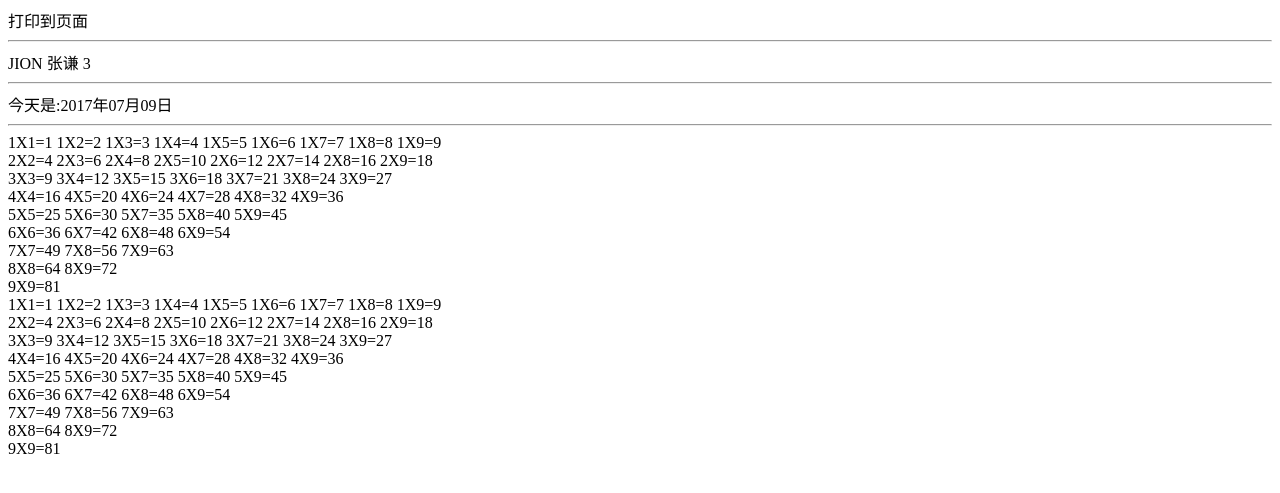
Repository: jionjion/JAVA_WorkSpace
Page: http://localhost/ServletClient/modules/jspBase/baseI.jsp
An editor plug-in stored every save of this project. The page is shown before and after the next save, followed by the edit.
The browser window is 1280 px wide. The pictures show the whole page.
The page is served by Tomcat 9.

Above is the page before, as saved 2017-07-10 13:25:07.

After the next save:
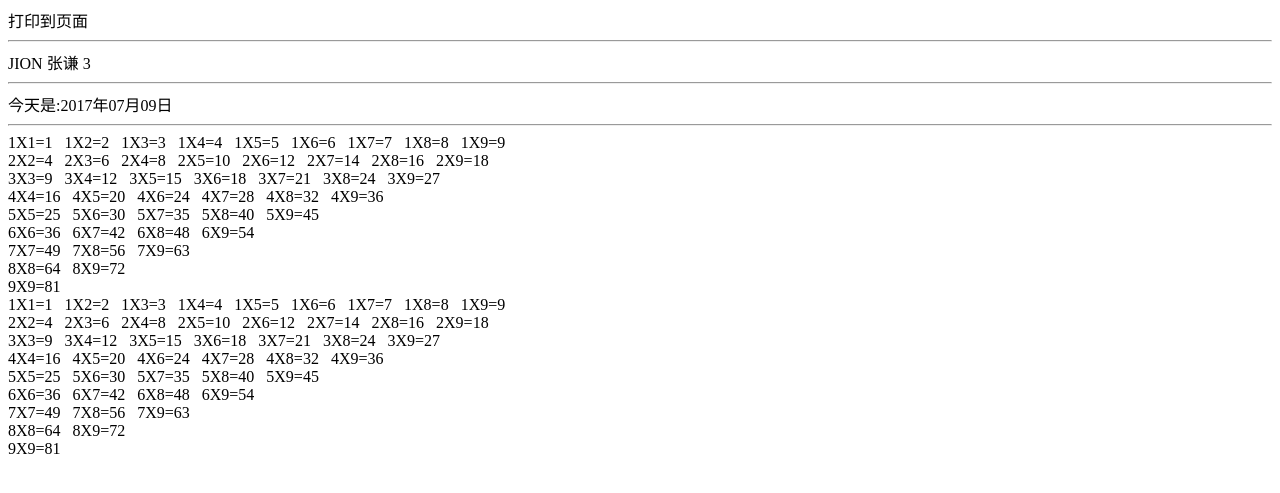
Saved 26 s later.
--- a/ServletClient/WebContent/modules/jspBase/baseI.jsp
+++ b/ServletClient/WebContent/modules/jspBase/baseI.jsp
@@ -42,7 +42,7 @@
 	<%	//使用内置对象打印
 		for(int i = 1 ; i<=9 ; i++){
 			for(int j = i ; j<=9 ; j++){
-				out.print(i+"X"+j+"="+(i*j)+"	");
+				out.print(i+"X"+j+"="+(i*j)+"&nbsp;&nbsp;&nbsp;");
 			}
 			out.print("</br>");
 		}
@@ -53,7 +53,7 @@
 		String string = "";
 		for(int i = 1 ; i<=9 ; i++){
 			for(int j = i ; j<=9 ; j++){
-				string += i+"X"+j+"="+(i*j)+"	";
+				string += i+"X"+j+"="+(i*j)+"&nbsp;&nbsp;&nbsp;";
 			}
 			string += "</br>";
 		}
